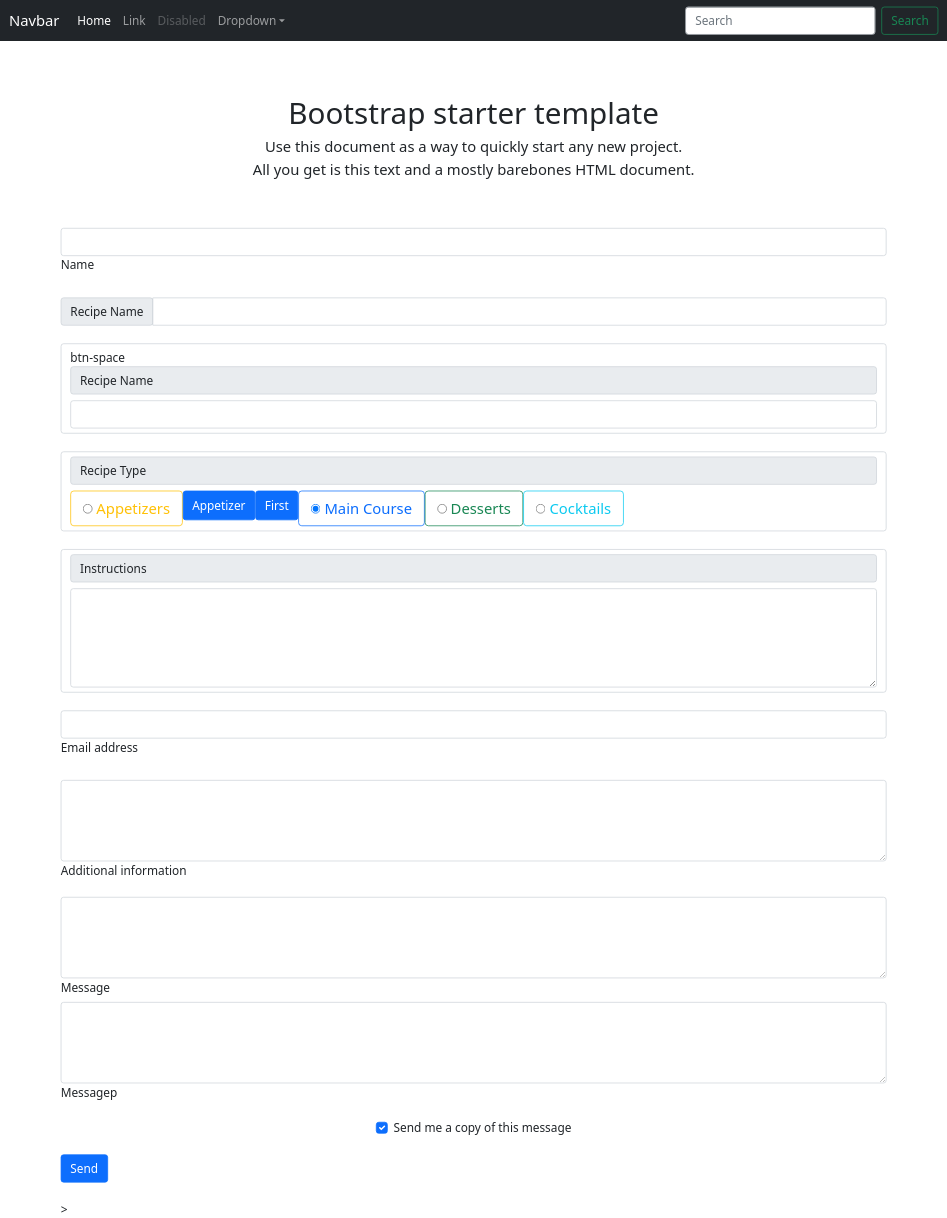
Repository: jerrywthompson/createRecipeWebpageHTML
Page: index.html
An editor plug-in stored every save of this project. The page is shown before and after the next save, followed by the edit.
The browser window is 1280 px wide. The pictures show the whole page, at 74% of full size.

Above is the page before, as saved 2021-02-23 22:58:32.

### index.html
<!doctype html>
<html lang="en">
    <head>
        <meta charset="utf-8">
        <meta name="viewport" content="width=device-width, initial-scale=1">
        <meta name="description" content="">
        <meta name="author" content="Mark Otto, Jacob Thornton, and Bootstrap contributors">
        <meta name="generator" content="Hugo 0.80.0">
        <title>Starter Template · Bootstrap v5.0</title>

        <link rel="canonical" href="https://getbootstrap.com/docs/5.0/examples/starter-template/">



        <!-- Bootstrap core CSS -->
        <link href="../assets/dist/css/bootstrap.min.css" rel="stylesheet">

        <style>
            .bd-placeholder-img {
                font-size: 1.125rem;
                text-anchor: middle;
                -webkit-user-select: none;
                -moz-user-select: none;
                user-select: none;
            }

            @media (min-width: 768px) {
                .bd-placeholder-img-lg {
                    font-size: 3.5rem;
                }
            }
        </style>


        <!-- Custom styles for this template -->
        <link href="starter-template.css" rel="stylesheet">
    </head>
    <body>

        <nav class="navbar navbar-expand-md navbar-dark bg-dark fixed-top">
            <div class="container-fluid">
                <a class="navbar-brand" href="#">Navbar</a>
                <button class="navbar-toggler" type="button" data-bs-toggle="collapse" data-bs-target="#navbarsExampleDefault" aria-controls="navbarsExampleDefault" aria-expanded="false" aria-label="Toggle navigation">
                    <span class="navbar-toggler-icon"></span>
                </button>

                <div class="collapse navbar-collapse" id="navbarsExampleDefault">
                    <ul class="navbar-nav me-auto mb-2 mb-md-0">
                        <li class="nav-item">
                            <a class="nav-link active" aria-current="page" href="#">Home</a>
                        </li>
                        <li class="nav-item">
                            <a class="nav-link" href="#">Link</a>
                        </li>
                        <li class="nav-item">
                            <a class="nav-link disabled" href="#" tabindex="-1" aria-disabled="true">Disabled</a>
                        </li>
                        <li class="nav-item dropdown">
                            <a class="nav-link dropdown-toggle" href="#" id="dropdown01" data-bs-toggle="dropdown" aria-expanded="false">Dropdown</a>
                            <ul class="dropdown-menu" aria-labelledby="dropdown01">
                                <li><a class="dropdown-item" href="#">Action</a></li>
                                <li><a class="dropdown-item" href="#">Another action</a></li>
                                <li><a class="dropdown-item" href="#">Something else here</a></li>
                            </ul>
                        </li>
                    </ul>
                    <form class="d-flex">
                        <input class="form-control me-2" type="search" placeholder="Search" aria-label="Search">
                        <button class="btn btn-outline-success" type="submit">Search</button>
                    </form>
                </div>
            </div>
        </nav>



        <div class="starter-template text-center py-5 px-3">
            <h1>Bootstrap starter template</h1>
            <p class="lead">Use this document as a way to quickly start any new project.<br> All you get is this text and a mostly barebones HTML document.</p>
        </div>
        <main class="container">
            <div class="input-section">
                <fieldset class="form-group">

                    <form action="test.php" method="post">
                        <!-- Name input -->
                        <div class="form-outline mb-4">
                            <input type="text" name="recipeName" id="form4Example1" class="form-control" />
                            <label class="form-label" for="form4Example1">Name</label>
                        </div>

                        <div class="input-group mb-4">
                            <div class="input-group-prepend">
                                <span class="input-group-text" id="inputGroup-sizing-default">Recipe Name</span>
                            </div>
                            <input type="text" name="notes" class="form-control" aria-label="Default" aria-describedby="inputGroup-sizing-default">
                        </div>

                        <div class="form-control mb-4">btn-space
                            <div class="input-group-prepend mb-2">
                                <span class="input-group-text" id="inputGroup-sizing-default">Recipe Name</span>
                            </div>
                            <input type="text" name="notes" class="form-control" aria-label="Default" aria-describedby="inputGroup-sizing-default">
                        </div>

                        <div class="form-control mb-4">
                            <div class="input-group-prepend mb-2">
                                <span class="input-group-text" id="inputGroup-sizing-default">Recipe Type</span>
                            </div>
                            <div class="btn-toolbar">
                                <label class="btn btn-outline-warning btn-lg">
                                    <input type="radio" name="recipeType" id="appetizers" value="appetizers" autocomplete="off" > Appetizers
                                </label>
                                <button type="button" name="recipeType" id="appetizers" value="appetizers" autocomplete="off" class="btn btn-primary mr-5 ml-3 mb-2"> Appetizer</button>
                                <button type="button" class="btn btn-primary mr-2 mb-2">First</button>

                                <label class="btn btn-outline-primary btn-lg ml-3">
                                    <input type="radio" name="recipeType" id="main_course" value="main_course" autocomplete="off" checked> Main Course
                                </label>
                                <label class="btn btn-outline-success btn-lg">
                                    <input type="radio" name="recipeType" id="desserts" value="desserts" autocomplete="off"> Desserts
                                </label>
                                <label class="btn btn-outline-info btn-lg">
                                    <input type="radio" name="recipeType" id="cocktails" value="cocktails" autocomplete="off"> Cocktails
                                </label>
                            </div>
                        </div>

                        <div class="form-control mb-4">
                            <div class="input-group-prepend mb-2">
                                <span class="input-group-text">Instructions</span>
                            </div>
                            <textarea class="form-control" name="instrucions" id="instrucions" rows="5"></textarea>
                        </div>

                        <!-- Email input -->
                        <div class="form-outline mb-4">
                            <input type="email" id="form4Example2" class="form-control" />
                            <label class="form-label" for="form4Example2">Email address</label>
                        </div>

                        <div class="form-outline mb-4">
                            <textarea class="form-control" id="form6Example7" rows="4"></textarea>
                            <label class="form-label-prepend" >Additional information</label>
                        </div>

                        <div class="form-outline">
                            <textarea class="form-control" id="textAreaExample" rows="4"></textarea>
                            <label class="form-label" for="textAreaExample">Message</label>
                          </div>

                        <!-- Message input -->
                        <div class="form-outline mb-4">
                            <textarea class="form-control" name="comments" id="form4Example3" rows="4"></textarea>
                            <label class="form-label-prepend" for="form4Example3">Messagep</label>
                        </div>

                        <!-- Checkbox -->
                        <div class="form-check d-flex justify-content-center mb-4">
                            <input
                                class="form-check-input me-2"
                                type="checkbox"
                                value=""
                                id="form4Example4"
                                checked
                                />
                            <label class="form-check-label" for="form4Example4">
                                Send me a copy of this message
                            </label>
                        </div>

                        <!-- Submit button -->
                        <button type="submit" class="btn btn-primary btn-block mb-4">Send</button>
                    </form>

</fieldset>>




                    <script src="../assets/dist/js/bootstrap.bundle.min.js"></script>


                    </body>
                    </html>
                    <a href="../flask_db4/flaskblog/templates/create_post.html"></a>

Loaded but not shown: assets/dist/css/bootstrap.min.css (library); starter-template.css (common file); assets/dist/js/bootstrap.bundle.min.js (library)

After the next save:
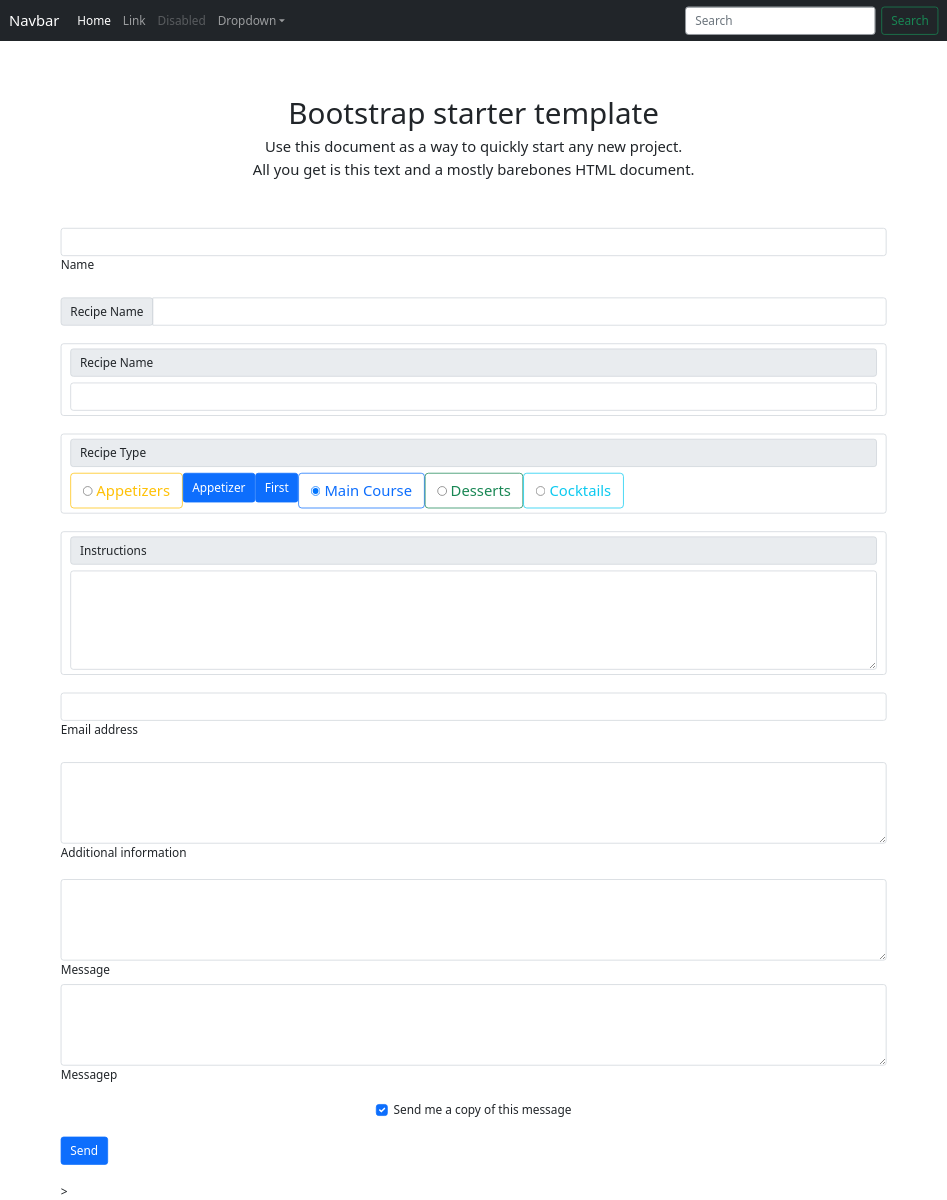
Saved 33 s later.
--- a/index.html
+++ b/index.html
@@ -96,7 +96,7 @@
                             <input type="text" name="notes" class="form-control" aria-label="Default" aria-describedby="inputGroup-sizing-default">
                         </div>
 
-                        <div class="form-control mb-4">btn-space
+                        <div class="form-control mb-4">
                             <div class="input-group-prepend mb-2">
                                 <span class="input-group-text" id="inputGroup-sizing-default">Recipe Name</span>
                             </div>
